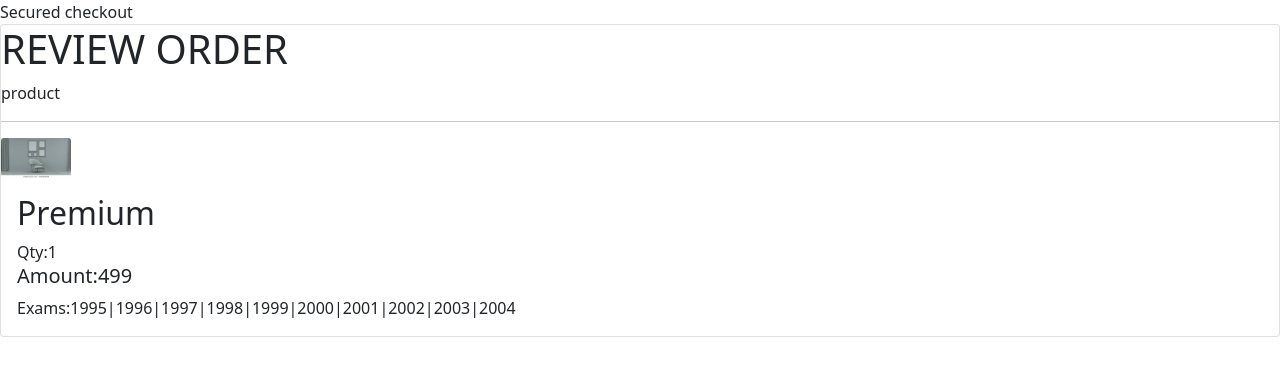
Repository: sreech465/e-prathibha
Page: /checkouts
The author's editor kept a copy of each file at every save. The page is drawn from the files as they stood at one save, then again after the next save.
The browser window is 1280 px wide. The pictures show the whole page.
The project was rebuilt for these pictures with package versions that can differ from the ones it lists, and the page was loaded fresh each time. Also part of the build but not shown: src/Redux/Actions.js, src/Components/Register.js, src/Components/Verify.js, src/Components/Header.js, src/Components/Login.js, src/Components/Popup.css, src/Components/Popup.js, src/Components/WritExam.css and 9 more.

Above is the page before, as saved 2022-10-18 18:35:23.

### src/index.js
import React from "react";
import ReactDOM from "react-dom/client";
import "./index.css";
import App from "./App";
import reportWebVitals from "./reportWebVitals";
import { Provider } from "react-redux";
import { store } from "./Redux/Store";

import "bootstrap/dist/css/bootstrap.min.css";

const root = ReactDOM.createRoot(document.getElementById("root"));
root.render(
  <React.StrictMode>
    <Provider store={store}>
      <App />
    </Provider>
  </React.StrictMode>
);

// If you want to start measuring performance in your app, pass a function
// to log results (for example: reportWebVitals(console.log))
// or send to an analytics endpoint. Learn more: https://bit.ly/CRA-vitals
reportWebVitals();

### src/App.js
import "bootstrap/dist/css/bootstrap.min.css";
import "./App.css";
import Register from "./Components/Register";
import { useSelector } from "react-redux";
import Verify from "./Components/Verify";
import Header from "./Components/Header";
import Login from "./Components/Login";
import { Routes, Route } from "react-router-dom";
import WriteExam from "./Components/WriteExam";
import { BrowserRouter } from "react-router-dom";
import ListOfExams from "./Components/ListOfExams";
import CategoryOfExams from "./Components/CategoryOfExams";
import PremiumList from "./Components/PremiumList";
import MockList from "./Components/MockList";
import PwriteExam from "./Components/PwriteExam";
import Sidebar from "./Components/Sidebar";
import Packageanu from "./Components/Packageanu";
import Checkouts from "./Components/Checkouts";
function App() {
  const state = useSelector((state) => state);
  console.log(state);

  return (
    <>
      <div className="App">
        <BrowserRouter>
          <Routes>
            <Route path="/register" element={<Register />} />
            <Route path="/Verify" element={<Verify />} />
            <Route path="/" element={<Login />} />
            <Route path="/ListOfExams" element={<ListOfExams />} />
            <Route path="/PremiumList" element={<PremiumList />} />
            <Route path="/MockList" element={<MockList />} />
            <Route path="/CategoryOfExams" element={<CategoryOfExams />} />
            <Route path="/ListOfExams/:id" element={<WriteExam />} />
            <Route path="/PremiumList/:id" element={<WriteExam />} />
            <Route path="/packages" element={<Packageanu />} />
            <Route path="/checkouts" element={<Checkouts />} />
          </Routes>
        </BrowserRouter>
      </div>
    </>
  );
}

export default App;

### src/Redux/Store.js
import { applyMiddleware } from "redux";

import { createStore } from "redux";
import thunk from "redux-thunk";
import { rootreducer } from "./CombineReducers";

export const store = createStore(rootreducer, applyMiddleware(thunk));

### src/App.css
.Sidebar {

  height:100%;
  width:50px;
  background-color: black;
  top:0;
  position:fixed;


}

body{
  margin:0;
  padding:0;
}

.App{
  width:100vw;
  height: 100vh;
}

.SidebarList{
  height: auto;
  padding: 0;
  width:100%;
}

.SidebarList .row{
  width:100%;
  height: 50px;
  border: rgba(11, 11, 11, 0.851);
list-style-type: none;
margin: 0;
color: white;
left: 0;
font-family: 'Lucida Sans', 'Lucida Sans Regular', 'Lucida Grande', 'Lucida Sans Unicode', Geneva, Verdana, sans-serif;
}

.row #icon {
  flex: 30%;
  display: grid;
  place-items: center;
}

### src/Components/Checkouts.js
import React from "react";

const Checkouts = () => {
  return (
    <>
      <div>Secured checkout</div>

      <div class="card">
        <h1>REVIEW ORDER</h1>
        <div>product</div>
        <hr />
        <div>
          <img
            class="card-img-top"
            style={{ width: 70, height: 40 }}
            src="data:[embedded picture, 3279 characters]"
            alt="Card image cap"
          />
          <div class="card-body">
            <h2>Premium</h2>
            <div>Qty:1</div>
            <h5>Amount:499</h5>
            <div>Exams:1995|1996|1997|1998|1999|2000|2001|2002|2003|2004</div>
          </div>
        </div>
      </div>
    </>
  );
};

export default Checkouts;

### src/Redux/CombineReducers.js
import { combineReducers } from "redux";
import {
  loginReducer,
  packageReducer,
  payReducer,
  submitExamReducer,
} from "./Reducer";
import { endExamReducer } from "./Reducer";
import { yearlyQreducer } from "./Reducer";
import { verifyReducer } from "./Reducer";
import { registerReducer } from "./Reducer";
import { writeExamReducer } from "./Reducer";
import { premiumReducer } from "./Reducer";
import { mockReducer } from "./Reducer";

export const rootreducer = combineReducers({
  RegisterReducer: registerReducer,
  VerifyReducer: verifyReducer,
  LoginReducer: loginReducer,
  GetYearlyReducer: yearlyQreducer,
  WexamReducer: writeExamReducer,
  EexamReducer: endExamReducer,
  PremiumReducer: premiumReducer,
  MockReducer: mockReducer,
  SubmitExamReducer: submitExamReducer,
  PayReducer: payReducer,
  PackageReducer: packageReducer,
});

### src/Components/Sidebardata.js
import React from "react";
import HomeIcon from "@mui/icons-material/Home";
import ShoppingCartIcon from "@mui/icons-material/ShoppingCart";
import LegendToggleIcon from "@mui/icons-material/LegendToggle";
import LiveHelpIcon from "@mui/icons-material/LiveHelp";
import ManageSearchIcon from "@mui/icons-material/ManageSearch";
import AssistantPhotoIcon from "@mui/icons-material/AssistantPhoto";
import BuildIcon from "@mui/icons-material/Build";
import DomainVerificationIcon from "@mui/icons-material/DomainVerification";
export const Sidebardata = [
  {
    title: "",
    icon: <HomeIcon />,
    link: "/",
  },
  {
    title: "",
    icon: <ShoppingCartIcon />,
    link: "/packages",
  },
  {
    title: "",
    icon: <LegendToggleIcon />,
    link: "/summary",
  },
  {
    title: "",
    icon: <AssistantPhotoIcon />,
    link: "/result",
  },
  {
    title: "",
    icon: <ManageSearchIcon />,
    link: "/search",
  },
  {
    title: "",
    icon: <LiveHelpIcon />,
    link: "/help",
  },
  {
    title: "",
    icon: <BuildIcon />,
    link: "/help",
  },

  {
    title: "",
    icon: <DomainVerificationIcon />,
    link: "/help",
  },
];

### src/Redux/Reducer.js
import { Actions } from "../Components/types";

const initialstate1 = {
  user1: "",
  user2: "",
  user3: "",
  user4: "",
  user5: "",
  user6: "",
  user7: "",
  user8: "",
  user9: "",
  user10: "",
  user11: "",
};

export const loginReducer = (state = initialstate1, action) => {
  const { type, payload } = action;

  switch (type) {
    case Actions.LOGIN:
      return { ...state, user3: payload };
    default:
      return state;
  }
};

export const registerReducer = (state = initialstate1, action) => {
  const { type, payload } = action;

  switch (type) {
    case Actions.REGISTER:
      return { ...state, user1: payload };
    default:
      return state;
  }
};

export const verifyReducer = (state = initialstate1, action) => {
  const { type, payload } = action;

  switch (type) {
    case Actions.VERIFY:
      return { ...state, user2: payload };
    default:
      return state;
  }
};

export const yearlyQreducer = (state = initialstate1, action) => {
  const { type, payload } = action;

  switch (type) {
    case Actions.GETYEARLYQUESTIONS:
      return { ...state, user4: payload };
    default:
      return state;
  }
};

export const premiumReducer = (state = initialstate1, action) => {
  const { type, payload } = action;

  switch (type) {
    case Actions.PREMIUMEXAMS:
      return { ...state, user7: payload };
    default:
      return state;
  }
};

export const mockReducer = (state = initialstate1, action) => {
  const { type, payload } = action;

  switch (type) {
    case Actions.MOCKEXAMS:
      return { ...state, user8: payload };
    default:
      return state;
  }
};

export const writeExamReducer = (state = initialstate1, action) => {
  const { type, payload } = action;

  switch (type) {
    case Actions.WRITETHEEXAM:
      return { ...state, user5: payload };
    default:
      return state;
  }
};

export const submitExamReducer = (state = initialstate1, action) => {
  const { type, payload } = action;

  switch (type) {
    case Actions.SUBMITEXAM:
      return { ...state, user9: payload };
    default:
      return state;
  }
};

export const endExamReducer = (state = initialstate1, action) => {
  const { type, payload } = action;

  switch (type) {
    case Actions.ENDTHEEXAM:
      return { ...state, user6: payload };
    default:
      return state;
  }
};

export const payReducer = (state = initialstate1, action) => {
  const { type, payload } = action;

  switch (type) {
    case Actions.PAYDETAILS:
      return { ...state, user10: payload };
    default:
      return state;
  }
};

export const packageReducer = (state = initialstate1, action) => {
  const { type, payload } = action;

  switch (type) {
    case Actions.PACKAGEDETAILS:
      return { ...state, user11: payload };
    default:
      return state;
  }
};

### src/Components/types.js
export const Actions = {
  LOGIN: "LOGIN",
  REGISTER: "REGISTER",
  VERIFY: "VERIFY",
  GETYEARLYQUESTIONS: "GETYEARLYQUESTIONS",
  WRITETHEEXAM: "WRITETHEEXAM",
  SUBMITEXAM: "SUBMITEXAM",
  ENDTHEEXAM: "ENDTHEEXAM",
  PREMIUMEXAMS: "PREMIUMEXAMS",
  MOCKEXAMS: "MOCKEXAMS",
  PAYDETAILS: "PAYDETAILS",
  PACKAGEDETAILS: "PACKAGEDETAILS",
};

Loaded but not shown: public/index.html (common file); src/index.css (common file); src/reportWebVitals.js (common file)

After the next save:
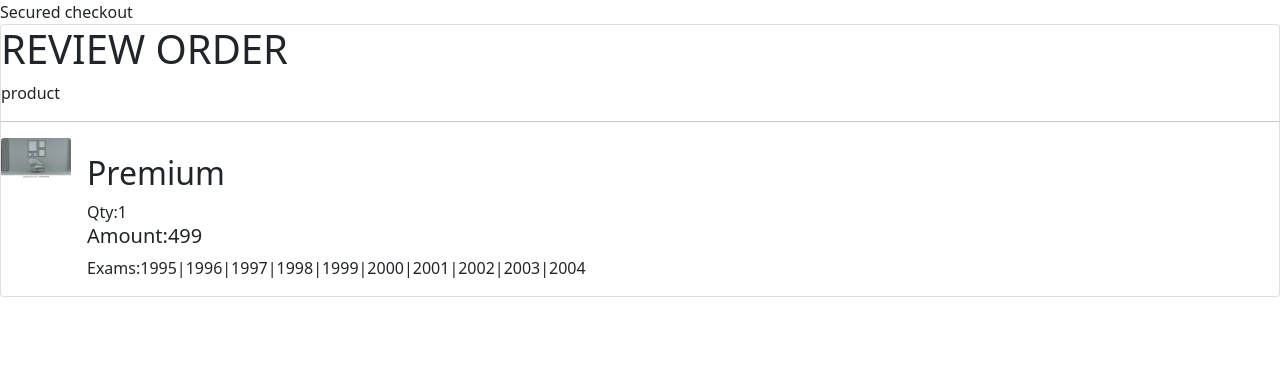
Saved 23 s later.
--- a/src/Components/Checkouts.js
+++ b/src/Components/Checkouts.js
@@ -9,7 +9,7 @@ const Checkouts = () => {
         <h1>REVIEW ORDER</h1>
         <div>product</div>
         <hr />
-        <div>
+        <div style={{ display: "flex" }}>
           <img
             class="card-img-top"
             style={{ width: 70, height: 40 }}
